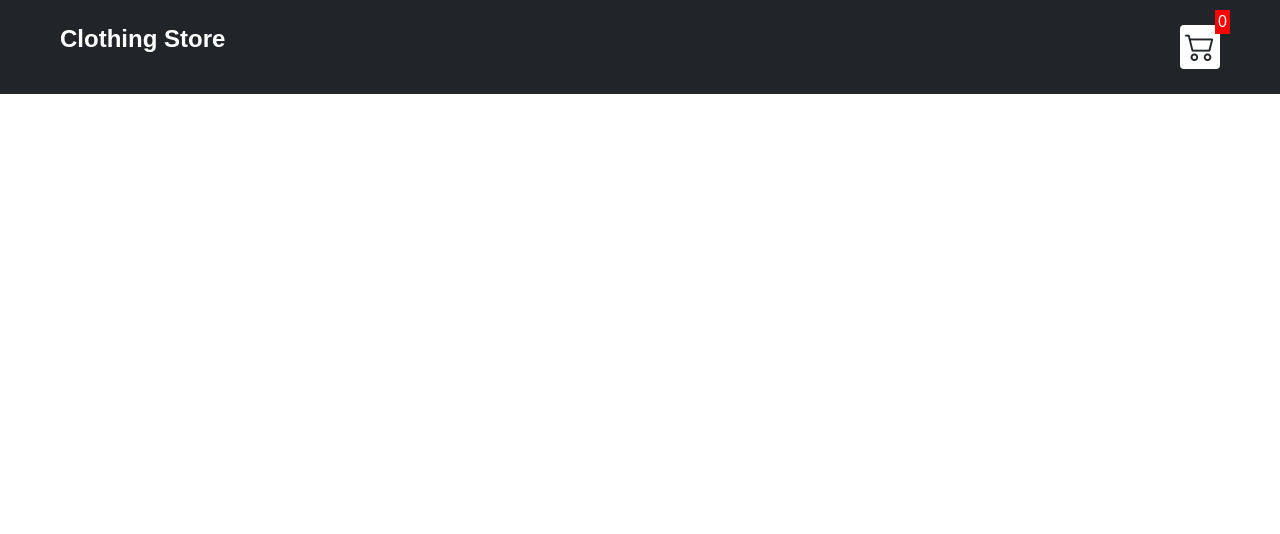
Repository: henryv2003/Shopping-card
Page: index.html
An editor plug-in stored every save of this project. The page is shown before and after the next save, followed by the edit.
The browser window is 1280 px wide. The pictures show the whole page.
Some web libraries are served in a nearby version.

Above is the page before, as saved 2022-11-12 19:22:19.
Console error: TypeError: Cannot read properties of undefined (reading 'item')

### index.html
<!DOCTYPE html>
<html lang="en">
  <head>
    <meta charset="UTF-8" />
    <meta http-equiv="X-UA-Compatible" content="IE=edge" />
    <meta name="viewport" content="width=device-width, initial-scale=1.0" />
    <title>Clothing Store</title>
    <link rel="stylesheet" href="styles.css" />
    <link
      rel="stylesheet"
      href="https://cdn.jsdelivr.net/npm/bootstrap-icons@1.9.1/font/bootstrap-icons.css"
    />
  </head>
  <body>
    <div class="navbar">
      <h2>Clothing Store</h2>
      <div class="cart">
        <i class="bi bi-cart2"></i>
        <div class="cartAmount">0</div>
      </div>
    </div>

    <div class="shop" id="shop"></div>
  </body>
  <script src="main.js"></script>
</html>

### styles.css
* {
  margin: 0;
  padding: 0;
  box-sizing: border-box;
}

body {
  font-family: sans-serif;
}

i {
  cursor: pointer;
}

/* ! Navbar styles */
.navbar {
  display: flex;
  flex-direction: row;
  justify-content: space-between;
  background-color: #212529;
  color: white;
  padding: 25px 60px;
  margin-bottom: 30px;
}

.cart {
  position: relative;
  background-color: #fff;
  color: #212529;
  font-size: 30px;
  padding: 5px;
  border-radius: 4px;
}

.cartAmount {
  position: absolute;
  top: -15px;
  right: -10px;
  font-size: 16px;
  background-color: red;
  color: white;
  padding: 3px;
}

/* !shop Items  */
.shop {
  display: grid;
  grid-template-columns: repeat(4, 223px);
  gap: 30px;
  justify-content: center;
}
@media (max-width: 1000px) {
  .shop {
    grid-template-columns: repeat(4, 223px);
  }
}

@media (max-width: 500px) {
  .shop {
    grid-template-columns: repeat(1, 223px);
  }
}

.item {
  border: 2px solid #212529;
  border-radius: 5px;
}

.details {
  display: flex;
  flex-direction: column;
  padding: 10px;
  gap: 10px;
}

.price-quantity {
  display: flex;
  flex-direction: row;
  align-items: center;
  justify-content: space-between;
}

.buttons {
  display: flex;
  flex-direction: row;
  gap: 8px;
  font-size: 16px;
}

.bi-dash-lg {
  color: red;
}

.bi-plus-lg {
  color: green;
}

### main.js
let shop = document.getElementById("shop");
let showItemsData = [
  {
    id: "ensimäinen",
    name: "Casual Shirt",
    price: 45,
    desc: "Lorem ipsum dolor sit amet consectetur adipisicing.",
    img: "images/img-1.jpg",
  },
  {
    id: "toinen",
    name: "Office Shirt",
    price: 100,
    desc: "Lorem ipsum dolor sit amet consectetur adipisicing.",
    img: "images/img-2.jpg",
  },
  {
    id: "kolmas",
    name: "T Shirt",
    price: 25,
    desc: "Lorem ipsum dolor sit amet consectetur adipisicing.",
    img: "images/img-3.jpg",
  },
  {
    id: "neljäs",
    name: "Men Suit",
    price: 300,
    desc: "Lorem ipsum dolor sit amet consectetur adipisicing.",
    img: "images/img-4.jpg",
  },
];

let basket = JSON.parse(localStorage.getItem("data")) || [];

let generateShop = () => {
  return (shop.innerHTML = showItemsData
    .map((x) => {
      let { id, name, price, desc, img } = x;
      let search = basket.find((x) => x.id === id);
      return `<div id=product-id-${id} class="item">
        <div  class="item">
          <img width="215" src=${img} alt="" />
          <div class="details">
            <h3>${name}</h3>
            <p>Lorem ipsum dolor, sit amet consectetur adipisicing.</p>
            <div class="price-quantity">
              <h2>$ ${price}</h2>
              <div class="buttons">
                <i onclick="decrement(${id})" class="bi bi-dash-lg"></i>
                <div id= ${id} class="quantity">
                ${search.item}
                </div>
                <i onclick="increment(${id})" class="bi bi-plus-lg"></i>
              </div>
            </div>
          </div>
        </div>
      </div>`;
    })
    .join(""));
};

generateShop();

let increment = (id) => {
  let selectedItem = id;
  let search = basket.find((x) => x.id === selectedItem.id);

  if (search === undefined) {
    basket.push({
      id: selectedItem.id,
      item: 1,
    });
  } else {
    search.item += 1;
  }
  localStorage.setItem("data", JSON.stringify(basket));
  update(selectedItem.id);
};

let decrement = (id) => {
  let selectedItem = id;
  let search = basket.find((x) => x.id === selectedItem.id);
  if (search.item === 0) return;
  else {
    search.item -= 1;
  }
  localStorage.setItem("data", JSON.stringify(basket));
  update(selectedItem.id);
};

let update = (id) => {
  let search = basket.find((x) => x.id === id);
  document.getElementById(id).innerHTML = search.item;

  calculation();
};

let calculation = () => {
  let cartIcon = document.getElementById("cartAmount");
  cartIcon.innerHTML = basket.map((x) => x.item).reduce((x, y) => x + y, 0);
};
calculation();

After the next save:
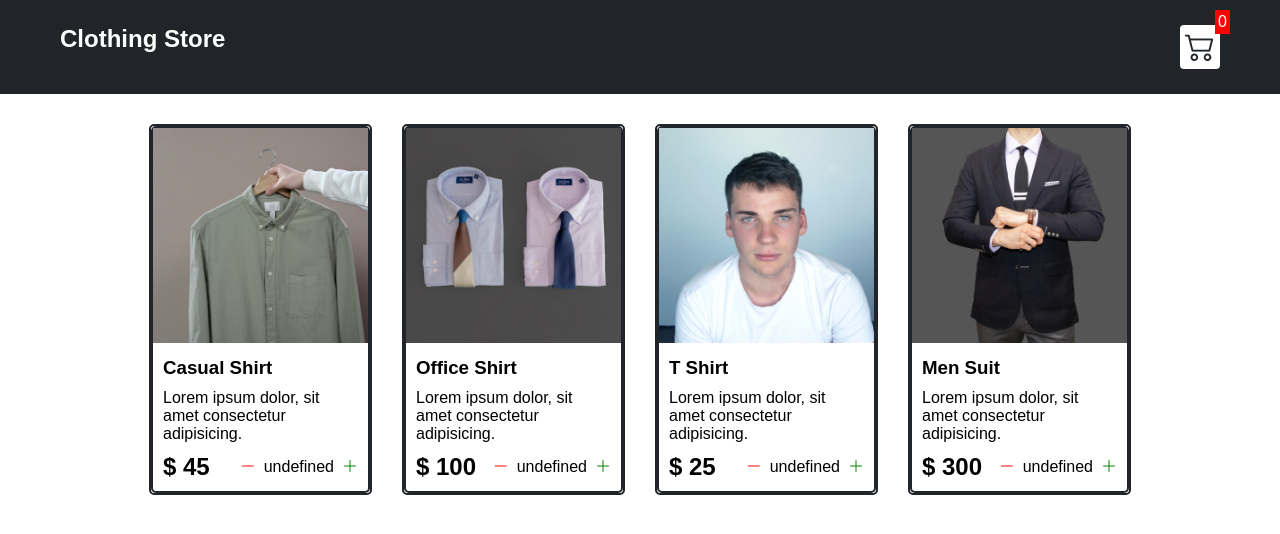
Console error: TypeError: Cannot set properties of null (setting 'innerHTML')
Saved 29 s later.
--- a/main.js
+++ b/main.js
@@ -48,7 +48,7 @@
               <div class="buttons">
                 <i onclick="decrement(${id})" class="bi bi-dash-lg"></i>
                 <div id= ${id} class="quantity">
-                ${search.item}
+                ${search}
                 </div>
                 <i onclick="increment(${id})" class="bi bi-plus-lg"></i>
               </div>

After the save that followed:
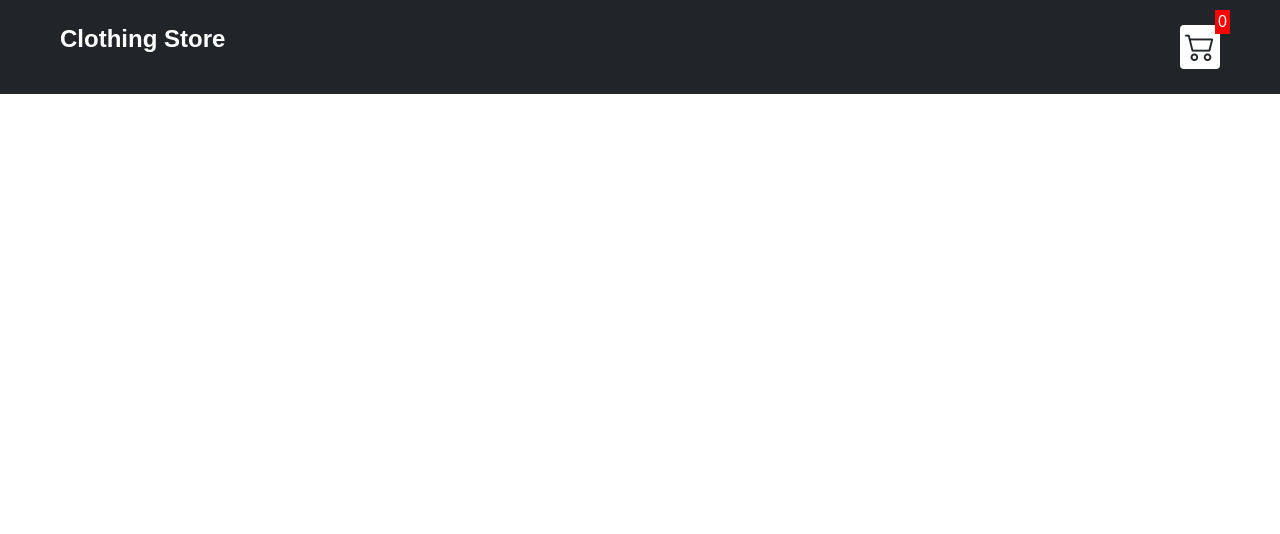
Console error: TypeError: Cannot read properties of undefined (reading 'item')
Saved 41 s later.
--- a/main.js
+++ b/main.js
@@ -48,7 +48,7 @@
               <div class="buttons">
                 <i onclick="decrement(${id})" class="bi bi-dash-lg"></i>
                 <div id= ${id} class="quantity">
-                ${search}
+                ${search.item === undefined}
                 </div>
                 <i onclick="increment(${id})" class="bi bi-plus-lg"></i>
               </div>
